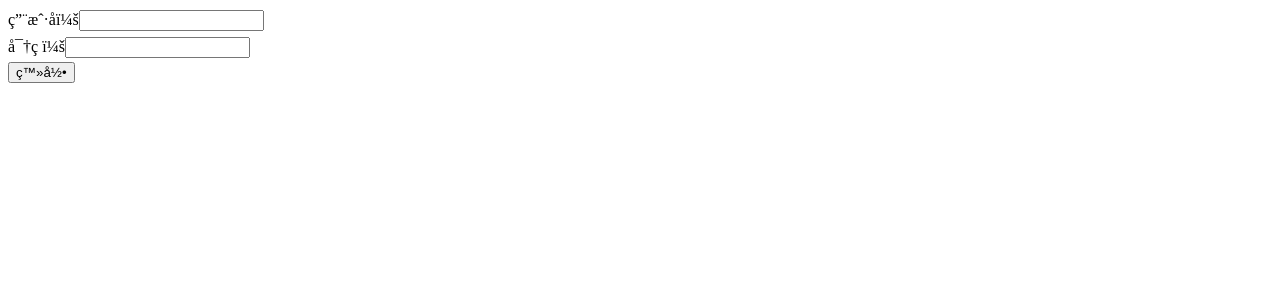
Repository: wsws1996/myproject
Page: java/workspace/day07/WebRoot/login2.html
An editor plug-in stored every save of this project. The page is shown before and after the next save, followed by the edit.
The browser window is 1280 px wide. The pictures show the whole page.

Above is the page before, as saved 2015-11-13 02:29:37.

### java/workspace/day07/WebRoot/login2.html
<!DOCTYPE html>
<html>
  <head>
    <title>登录页面</title>

    <meta name="keywords" content="keyword1,keyword2,keyword3">
    <meta name="description" content="this is my page">
    <meta name="content-type" content="text/html; charset=UTF-8">

    <!--<link rel="stylesheet" type="text/css" href="./styles.css">-->

  </head>

  <body>
  <form action="/day07/servlet/LoginServlet" method="post">
  	用户名：<input type="text" name="username"><br>
  	密码：<input type="text" name="password"><br>
  	<input type="submit" value="登录">
  </form>
  </body>
</html>

After the next save:
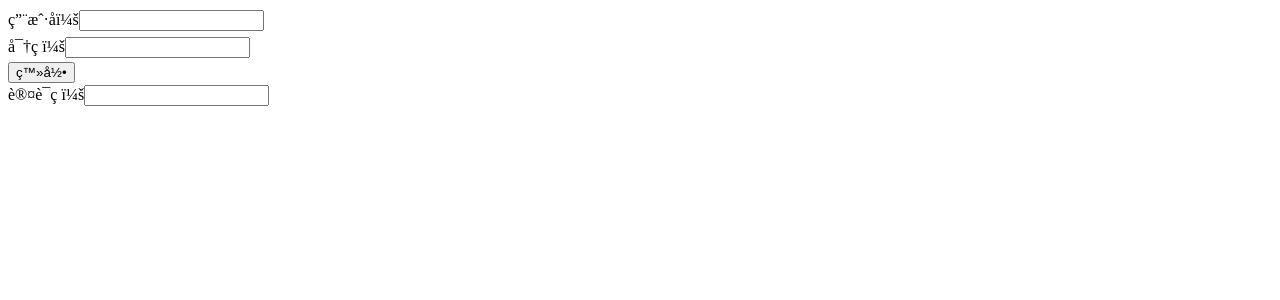
Saved 2 min 5 s later.
--- a/java/workspace/day07/WebRoot/login2.html
+++ b/java/workspace/day07/WebRoot/login2.html
@@ -15,7 +15,8 @@
   <form action="/day07/servlet/LoginServlet" method="post">
   	用户名：<input type="text" name="username"><br>
   	密码：<input type="text" name="password"><br>
-  	<input type="submit" value="登录">
+  	<input type="submit" value="登录"><br/>
+  	认证码：<input type="text"name="checkcode">
   </form>
   </body>
 </html>
